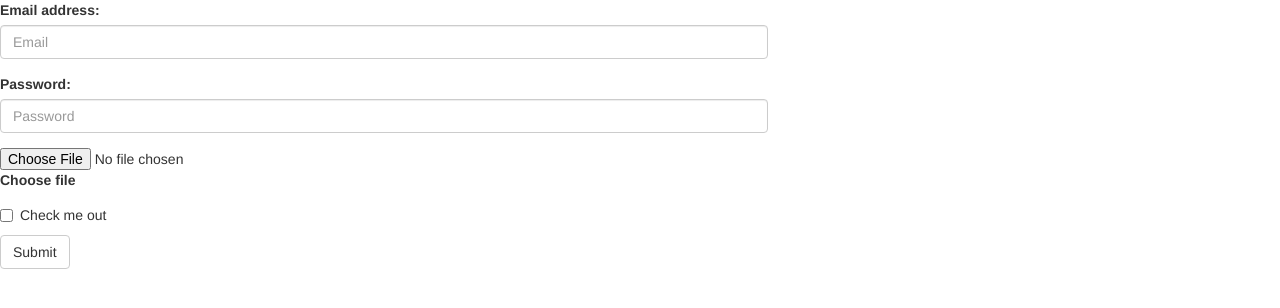
Repository: vaibhavkri/Trendnxt-Projects
Page: bootstrap/Bootstrap– L3 Assignment/Topic 6 HTML Forms/Assignment1.html
The author's editor kept a copy of each file at every save. The page is drawn from the files as they stood at one save, then again after the next save.
The browser window is 1280 px wide. The pictures show the whole page.

Above is the page before, as saved 2018-10-23 15:08:19.

### bootstrap/Bootstrap– L3 Assignment/Topic 6 HTML Forms/Assignment1.html
<!DOCTYPE html>
<html lang="en">

<head>
    <title>Bootstrap Example</title>
    <meta charset="utf-8">
    <meta name="viewport" content="width=device-width, initial-scale=1, shring-to-fit=no">
    <link rel="stylesheet" href="https://maxcdn.bootstrapcdn.com/bootstrap/3.3.7/css/bootstrap.min.css">
    <script src="https://ajax.googleapis.com/ajax/libs/jquery/3.3.1/jquery.min.js"></script>
    <script src="https://maxcdn.bootstrapcdn.com/bootstrap/3.3.7/js/bootstrap.min.js"></script>
    <style>
        #email,
        #pwd {
            width: 60%;
        }
    </style>

</head>



<body>
    <div>
        <form action="/action_page.php">

            <div class="form-group">
                <label for="email">Email address:</label>
                <input type="email" placeholder="Email" class="form-control" id="email">
            </div>
            <div class="form-group">
                <label for="pwd">Password:</label>
                <input type="password" placeholder="Password" class="form-control" id="pwd">
            </div>

            <div class="custom-file">
                <input type="file" class="custom-file-input" id="inputGroupFile01" aria-describedby="inputGroupFileAddon01">
                <label class="custom-file-label" for="inputGroupFile01">Choose file</label>
            </div>

            <div class="checkbox">
                <label><input type="checkbox">Check me out</label>
            </div>
            <button type="submit" class="btn btn-default">Submit</button>
        </form>
    </div>


</body>












</html>

After the next save:
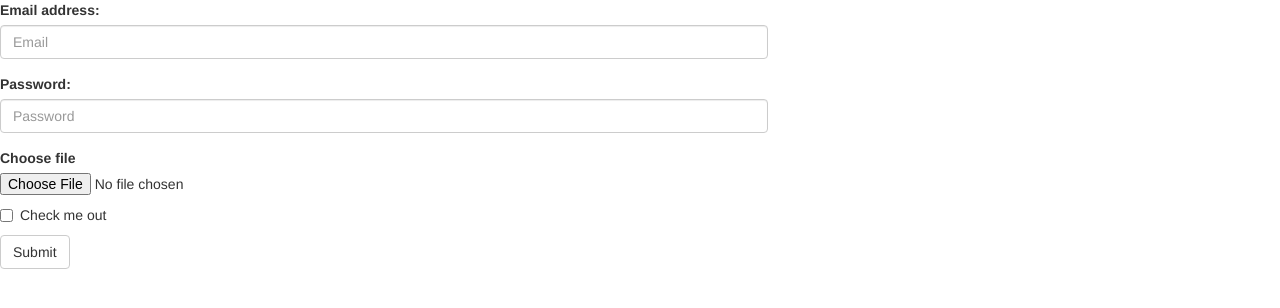
Saved 2 min 17 s later.
--- a/bootstrap/Bootstrap– L3 Assignment/Topic 6 HTML Forms/Assignment1.html
+++ b/bootstrap/Bootstrap– L3 Assignment/Topic 6 HTML Forms/Assignment1.html
@@ -17,8 +17,6 @@
 
 </head>
 
-
-
 <body>
     <div>
         <form action="/action_page.php">
@@ -33,8 +31,9 @@
             </div>
 
             <div class="custom-file">
+                <label class="custom-file-label" for="inputGroupFile01">Choose file</label>
                 <input type="file" class="custom-file-input" id="inputGroupFile01" aria-describedby="inputGroupFileAddon01">
-                <label class="custom-file-label" for="inputGroupFile01">Choose file</label>
+
             </div>
 
             <div class="checkbox">
